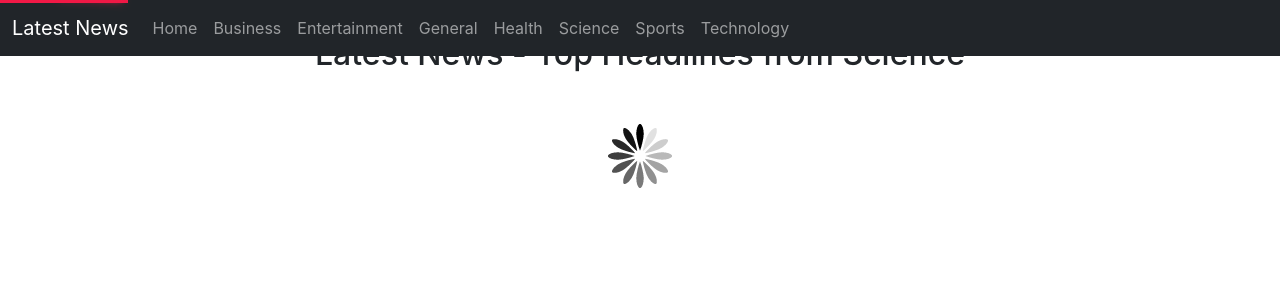
Repository: sanjay632/news_app
Page: /science
These files come from the project's save history. The page is drawn as it stood at one moment and after the next save; the edit follows.
The browser window is 1280 px wide. The pictures show the whole page.
The page's requests for data from a server got no answer. The project was rebuilt for these pictures with package versions that can differ from the ones it lists, and the page was loaded fresh each time. No one was signed in, and anything a server would have sent is missing. Also part of the build but not shown: src/App.css, src/components/NewsItem.jsx.

Above is the page before, as saved 2022-03-19 14:35:17.

After the next save:
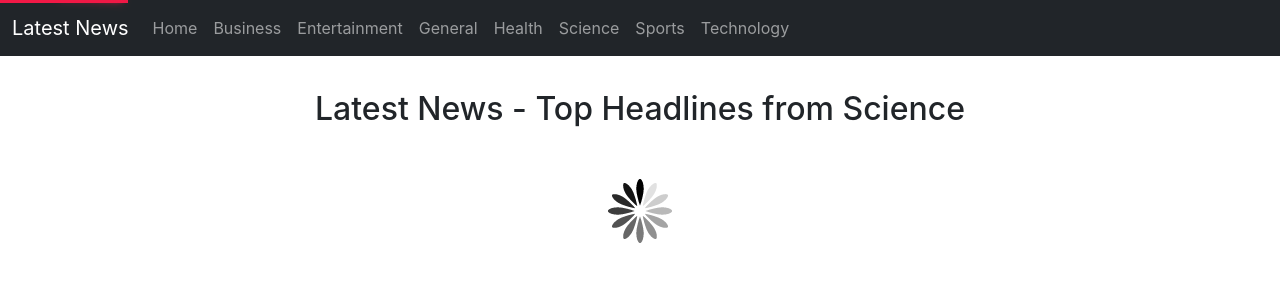
Saved 3 min 3 s later.
--- a/src/components/News.jsx
+++ b/src/components/News.jsx
@@ -134,7 +134,7 @@ const News =(props)=>{
 
     return (
       <>
-        <h2 className="text-center"style={{margin:'35px 0px'}}>Latest News - Top Headlines from {capitalizeFirstLetter(props.category)}</h2>
+        <h2 className="text-center"style={{margin:'35px 0px',marginTop:"90px"}}>Latest News - Top Headlines from {capitalizeFirstLetter(props.category)}</h2>
       {loading && <Spiner />}
       <InfiniteScroll
           dataLength={articles.length}
